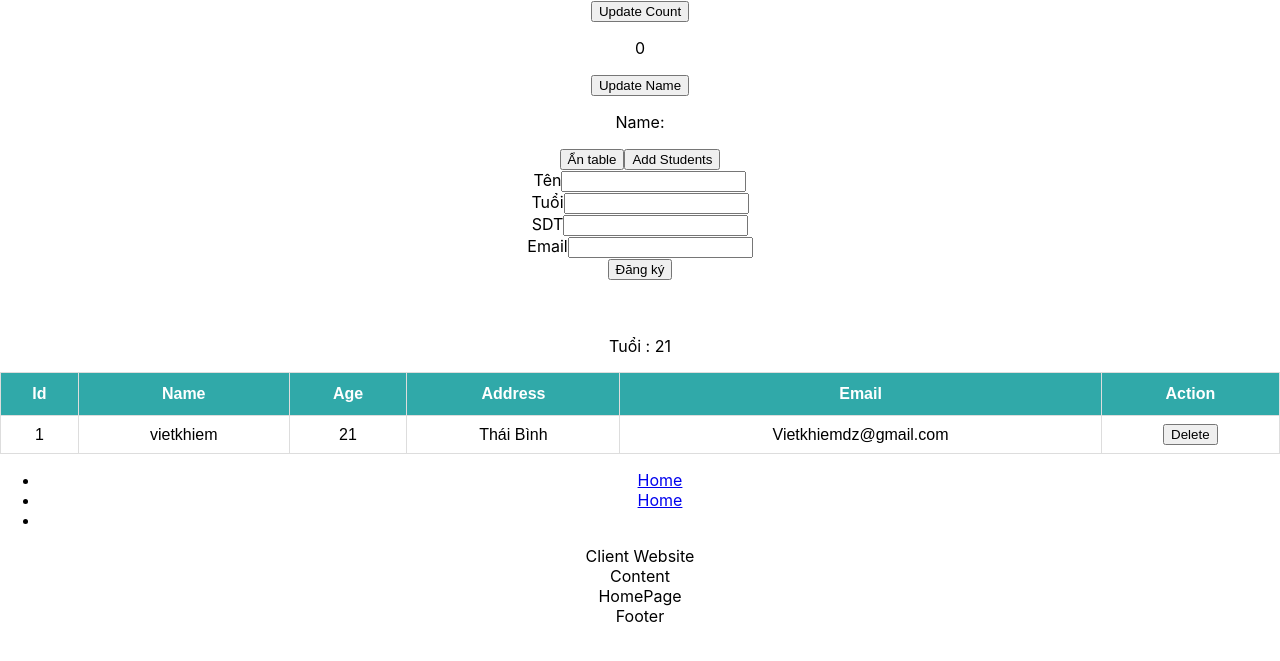
Repository: vietkhiem/TypeScript
Page: /
An editor plug-in stored every save of this project. The page is shown before and after the next save, followed by the edit.
The browser window is 1280 px wide. The pictures show the whole page.
The project was rebuilt for these pictures with package versions that can differ from the ones it lists, and the page was loaded fresh each time. Also part of the build but not shown: src/pages/product/Product.tsx, src/pages/layouts/AdminLayout.tsx, src/pages/adminHomePage/index.tsx, src/pages/product/ProductForm.tsx, src/pages/product/ProductDetail.tsx.

Above is the page before, as saved 2022-03-21 11:40:21.

After the next save:
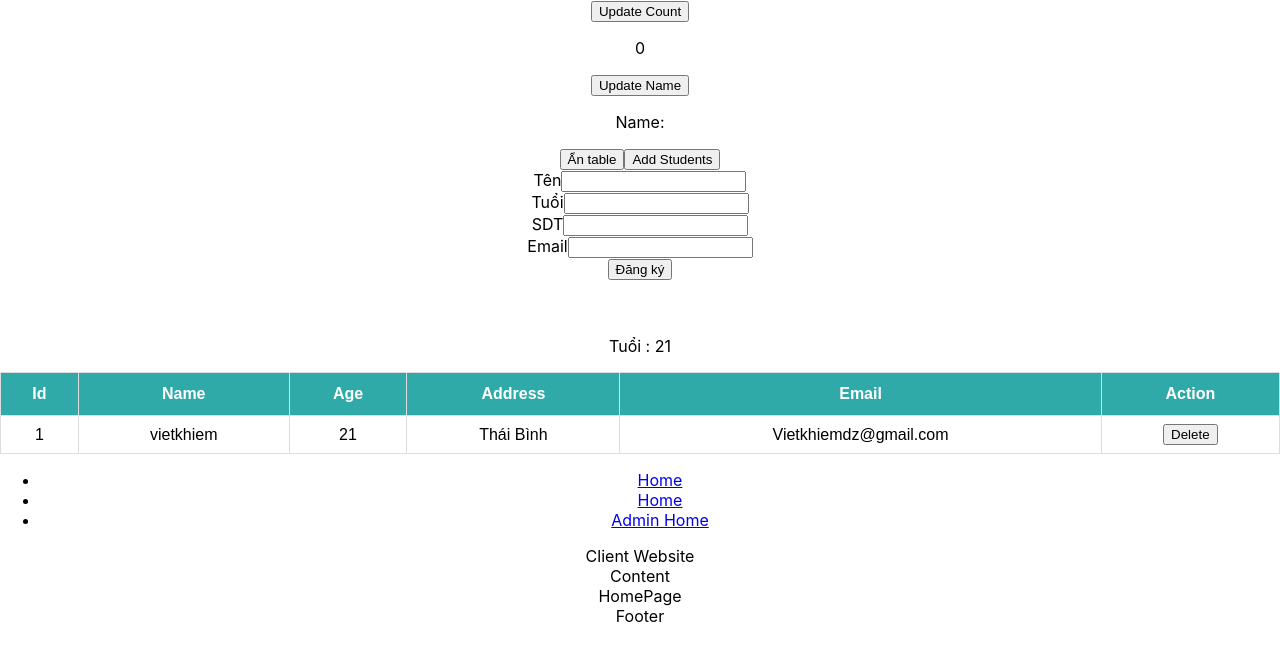
Saved 36 s later.
--- a/src/App.tsx
+++ b/src/App.tsx
@@ -60,7 +60,7 @@ function App() {
               <ul>
                 <li><Link to={'/'}>Home</Link></li>
                 <li><Link to={'/product'}>Home</Link></li>
-                <li></li>
+                <li><Link to={"/admin"}>Admin Home</Link></li>
               </ul>
             </div>
         </div>
